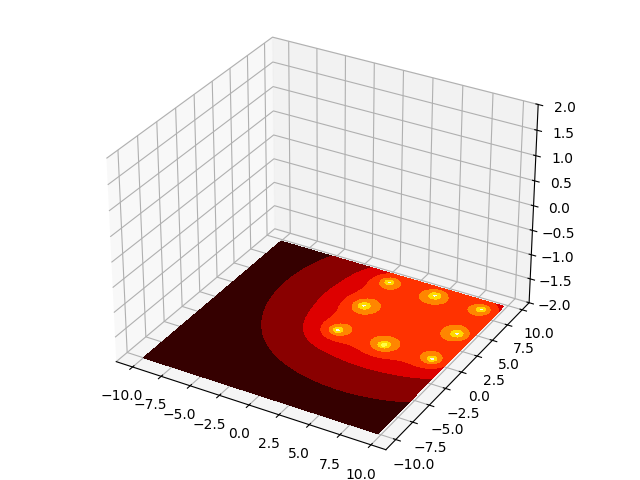
Repository: Jaamunozr/Archivos-python
Script's output: python Archivos Python/Graficas/tierras.py
These files come from the project's save history. The script's output is drawn as it stood at one moment and after the next save; the edit follows.
Random numbers start from a fixed seed.

Above is the script's output before, as saved 2020-02-19 11:51:09.

### Archivos Python/Graficas/tierras.py
import os
import pylab as pl
import numpy as np
from mpl_toolkits.mplot3d import Axes3D
os.system("clear")

fig = pl.figure()
axx = Axes3D(fig)
raiz=np.sqrt
ln=np.log

X = np.arange(-10, 10, 0.25)
Y = np.arange(-10, 10, 0.25)
X, Y = np.meshgrid(X, Y)

ax, ay = 0.5, 0.5
bx, by = 4.5, 0.4
cx, cy = 8.5, 0.5
dx, dy = 0.5, 4.5
ex, ey = 8.5, 4.5
fx, fy = 0.5, 8.5
gx, gy = 4.5, 8.5
hx, hy = 8.5, 8.5
l = 2
rho= 100
ik=25

ma=raiz((X-ax)**2+(Y-ay)**2)
mb=raiz((X-bx)**2+(Y-by)**2)
mc=raiz((X-cx)**2+(Y-cy)**2)
md=raiz((X-dx)**2+(Y-dy)**2)
me=raiz((X-ex)**2+(Y-ey)**2)
mf=raiz((X-fx)**2+(Y-fy)**2)
mg=raiz((X-gx)**2+(Y-gy)**2)
mh=raiz((X-hx)**2+(Y-hy)**2)

va=ln((l+raiz(ma**2+l**2))/ma)
vb=ln((l+raiz(mb**2+l**2))/mb)
vc=ln((l+raiz(mc**2+l**2))/mc)
vd=ln((l+raiz(md**2+l**2))/md)
ve=ln((l+raiz(me**2+l**2))/me)
vf=ln((l+raiz(mf**2+l**2))/mf)
vg=ln((l+raiz(mg**2+l**2))/mg)
vh=ln((l+raiz(mh**2+l**2))/mh)

Vt=((rho*ik)/(2*np.pi))*(va+vb+vc+vd+ve+vf+vg+vh)



print(ax)
print(ay)
Z = raiz(abs(X ** 3 + Y ** 3))

axx.plot_surface(X, Y, Vt, rstride=1, cstride=1, cmap=pl.cm.hot)
axx.contourf(X, Y, Vt, zdir='z', offset=-2, cmap=pl.cm.hot)
axx.set_zlim(-2, 2)

pl.show()

After the next save:
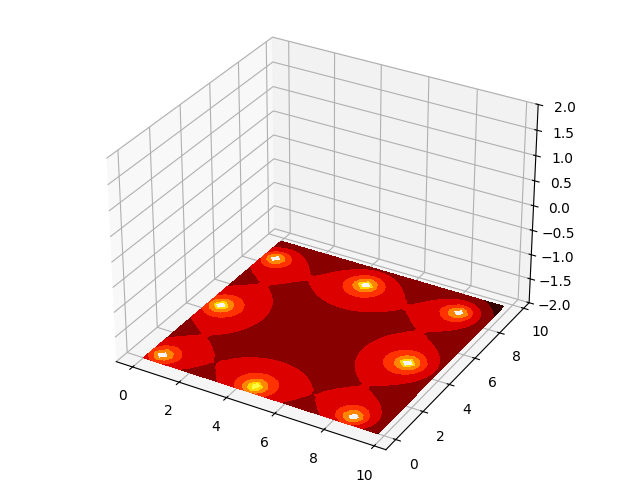
Saved 108 s later.
--- a/Archivos Python/Graficas/tierras.py
+++ b/Archivos Python/Graficas/tierras.py
@@ -9,8 +9,8 @@ axx = Axes3D(fig)
 raiz=np.sqrt
 ln=np.log
 
-X = np.arange(-10, 10, 0.25)
-Y = np.arange(-10, 10, 0.25)
+X = np.arange(0, 10, 0.25)
+Y = np.arange(0, 10, 0.25)
 X, Y = np.meshgrid(X, Y)
 
 ax, ay = 0.5, 0.5
